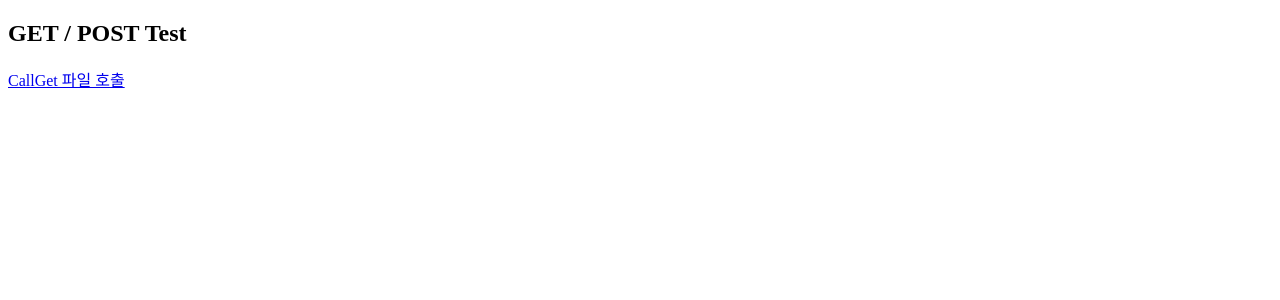
Repository: offbr/Python
Page: django_getpost/gtapp/templates/callget.html
An editor plug-in stored every save of this project. The page is shown before and after the next save, followed by the edit.
The browser window is 1280 px wide. The pictures show the whole page.

Above is the page before, as saved 2016-11-07 01:21:03.

After the next save:
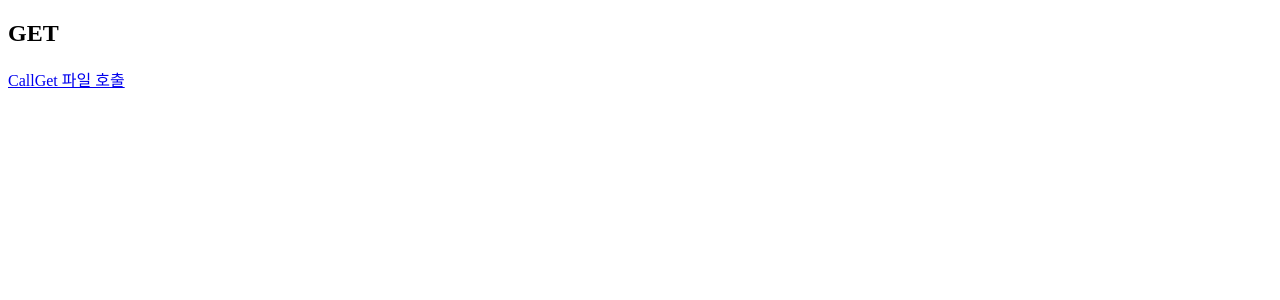
Saved 103 s later.
--- a/django_getpost/gtapp/templates/callget.html
+++ b/django_getpost/gtapp/templates/callget.html
@@ -5,7 +5,7 @@
 <title>Insert title here</title>
 </head>
 <body>
-<h2>GET / POST Test</h2>
+<h2>GET</h2>
 <a href="/getapp/callget">CallGet 파일 호출</a>
 </body>
 </html>

After the save that followed:
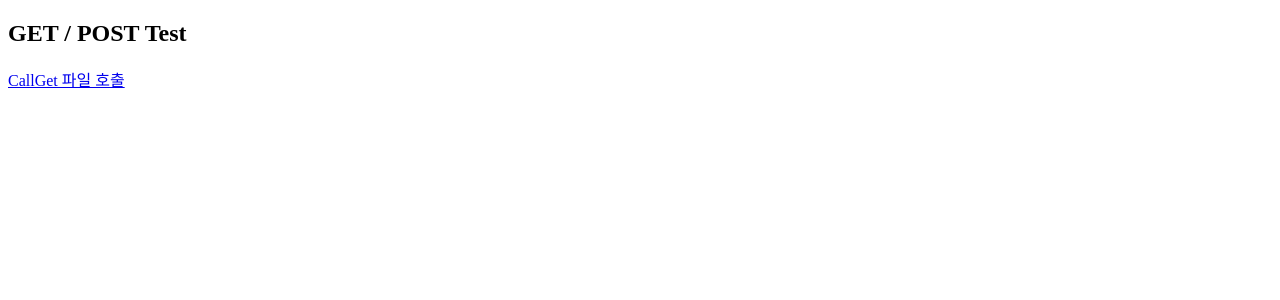
Saved 8 s later.
--- a/django_getpost/gtapp/templates/callget.html
+++ b/django_getpost/gtapp/templates/callget.html
@@ -5,7 +5,7 @@
 <title>Insert title here</title>
 </head>
 <body>
-<h2>GET</h2>
+<h2>GET / POST Test</h2>
 <a href="/getapp/callget">CallGet 파일 호출</a>
 </body>
 </html>
